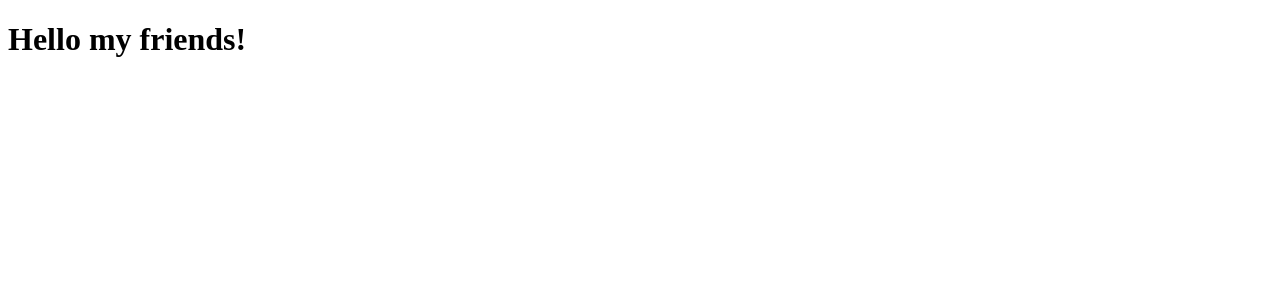
Repository: Seva2705/Countdown-Timer
Page: index.html
The author's editor kept a copy of each file at every save. The page is drawn from the files as they stood at one save, then again after the next save.
The browser window is 1280 px wide. The pictures show the whole page.

Above is the page before, as saved 2023-07-02 13:19:42.

### index.html
<!DOCTYPE html>
<html lang="en">
<head>
    <meta charset="UTF-8">
    <meta http-equiv="X-UA-Compatible" content="IE=edge">
    <meta name="viewport" content="width=device-width, initial-scale=1.0">
    <title>CountDown Timer</title>
    <link rel="stylesheet" href="style.css">
</head>
<body>

    <h1>Hello my friends!</h1>






    <script src="script.js"></script>
</body>
</html>

### style.css
* {
    m0+p0+bxb
}

Loaded but not shown: script.js (no copy from this time; the picture is the same without it)

After the next save:
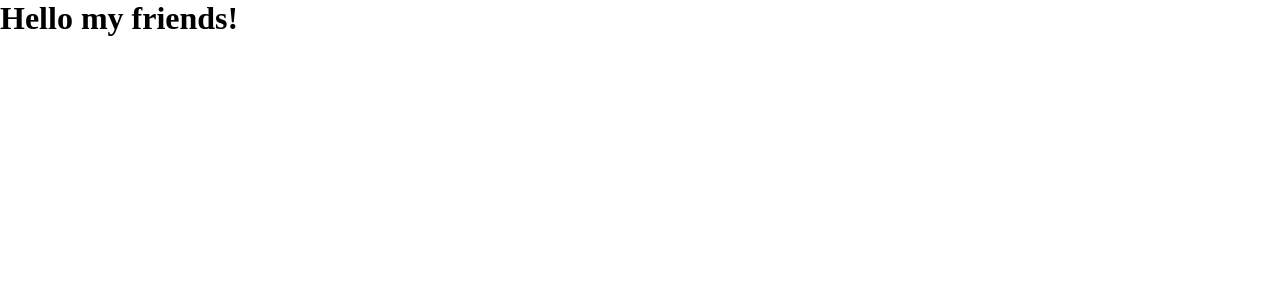
Saved 4 s later.
--- a/style.css
+++ b/style.css
@@ -1,3 +1,6 @@
 * {
-    m0+p0+bxb
+    margin: 0;
+    padding: 0;
+    box-sizing: border-box;
+
 }
